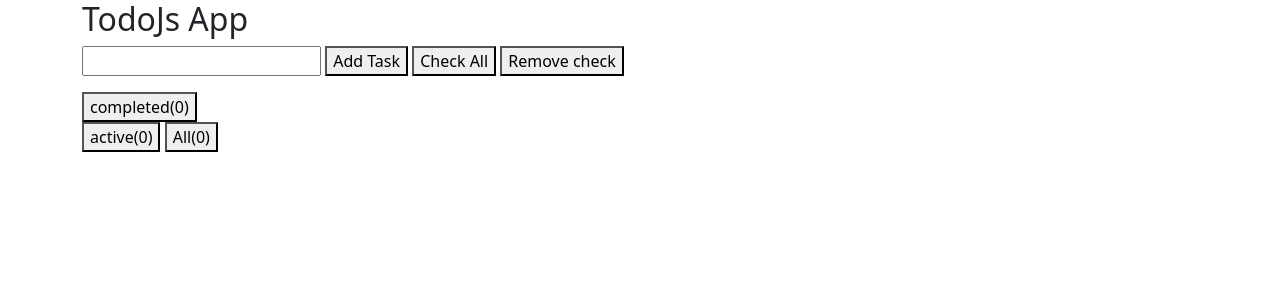
Repository: VladimirKasyanov/Todo
Page: index.html
These files come from the project's save history. The page is drawn as it stood at one moment and after the next save; the edit follows.
The browser window is 1280 px wide. The pictures show the whole page.

Above is the page before, as saved 2024-05-31 11:21:57.

### index.html
<!DOCTYPE html>
<html lang="en">
  <head>
    <meta charset="utf-8" />
    <meta name="viewport" content="width=device-width, initial-scale=1" />
   <link rel="stylesheet" href="styles.css">
    <link
      href="https://cdn.jsdelivr.net/npm/bootstrap@5.3.3/dist/css/bootstrap.min.css"
      rel="stylesheet"
      integrity="sha384-QWTKZyjpPEjISv5WaRU9OFeRpok6YctnYmDr5pNlyT2bRjXh0JMhjY6hW+ALEwIH"
      crossorigin="anonymous"
    />
    <title>TodoJs App</title>
  </head>
  <body>
    <div class="container">
      <h2>TodoJs App</h2>
      <form>
        <input type="text" class="input__box" />
        <button type="button" class="add">Add Task</button>
        <button type="button" onclick="checkAll()" class="check-all">
          Check All
        </button>
        <button type="button" onclick="removeCheck()" class="remove-check">
          Remove check
        </button>
      </form>
      <div class="todo__li">
        <ul class="list"></ul>
        <div class="all-button" >
          <button class="completed" href = '#cmp'>completed<span id="completed-counter">(0)</button>
          <button class="inc" href = '#inc'>active<span id="incomplete-counter">(0)</span></button>
          <button class="all" href ="#all" type="focus" >All<span id="total-counter">(0)</span></button>
        <div>
      </div>
    </div>
    <script
      src="https://cdn.jsdelivr.net/npm/bootstrap@5.3.3/dist/js/bootstrap.bundle.min.js"
      integrity="sha384-YvpcrYf0tY3lHB60NNkmXc5s9fDVZLESaAA55NDzOxhy9GkcIdslK1eN7N6jIeHz"
      crossorigin="anonymous"
    ></script>
    <script src="todo.js"></script>
  </body>
</html>

### styles.css
.completed {
display: block;
}

### todo.js
const form = document.querySelector("form");
const inputBox = document.querySelector(".input__box");
const addButton = document.querySelector(".add");
const list = document.querySelector(".list");
const label = document.querySelector(".span");
const newInput = document.querySelector(".new-input");
const totalCounter = document.getElementById("total-counter");
const completedCounter = document.getElementById("completed-counter");
const incompleteCounter = document.getElementById("incomplete-counter");


const keyEnter = "Enter"
const keyEscape = "Escape"


let todoList = [];
let condition = "all"
// let completedCount = 0;
// let incompleteCount = 0;

const task = (event) => {
  event.preventDefault();
  const inputText = inputBox.value.trim()
  if (inputText === "" || inputText === null) return;
  let newTodo = {
    description: inputBox.value,
    checked: false,
    id: Date.now(),
  };

  todoList.push(newTodo);
  console.log(todoList);
  displayList(todoList);
  inputBox.value = "";

};



const displayList = () => {

  list.innerHTML = "";
  todoList.forEach((item) => {
    list.innerHTML += `
<li id ='${item.id}'>
<input class = 'check' type='checkBox' id='${item.id}' ${
      item.checked ? "checked" : ""
    }>
<span class='some-text'>${item.description}</span>
  <input class='new-input' type= 'text' value='${item.description.replace(/\s+/g, '')}' hidden></input>
<button type='delete' class='del' id='${item.id}' >x</button>
</li>

`;

});
updateCounters();

// document.getElementById("total-counter").textContent.todoList.length
};

// const counter = () => {
//     console.log(todoList.length)

//   displayList(todoList)
// }

const toggleTodo = (event) => {
  // todoList[index].checked = !todoList[index].checked;
  if(event.target.type == 'checkbox') {
    const todoId = event.target.id;
    todoList.forEach((item) => {
      if (item.id === Number(todoId)) {
        item.checked = !item.checked;
      }
    })
  }
   updateCounters();
  // displayList(todoList);
};




const checkAll = () => {
  todoList.forEach((todo) => {
    todo.checked = !todo.checked;
  });
  displayList();
};


// const filterTodo = () => {
//   switch (condition) {
//     case 'active':
//     return todoList.filter((todo) => !todo.isChecked);
// }
// }

const updateCounters = () => {
  const completedCount = todoList.filter((item) => item.checked).length;
  const incompleteCount = todoList.length - completedCount;

  completedCounter.innerText = completedCount;
  incompleteCounter.innerText = incompleteCount;
  totalCounter.innerText = todoList.length;
};

const completedTab = () => {
  const completedCount = todoList.filter((item) => item.checked)

}



const removeCheck = () => {
  todoList = todoList.filter((todo) => !todo.checked);
  displayList(todoList);
};

function removeOnce(event) {
  const todoId = Number(event.target.parentElement.id);
  if (event.target.classList.contains("del")) {
    todoList = todoList.filter((todo) => todo.id !== todoId);
    displayList(todoList);
  }
}


const editNew = (elementId) => {
  const theElement = document.getElementById(elementId)
  const newText = theElement.children[2].value;
    if (newText === "" || newText === null) return
  // let todoText = event.target.parentNode.children[2].value;

  // console.log(todoList)

  todoList.forEach((item) => {
    if (item.id === Number(elementId)) {
        item.description = newText.trim()
    }

  })
  displayList(todoList);

  //  if (event.sourceCapabilities !== null) {
  //   if (todoText.trim() === '') {
  //   }
  //   displayList(todoList);
  // }
}

const addButtonEnter = (event) => {
    if (event.key === keyEnter) {
       task(event);
  }
};

const changeDescription = (event) => {
  if (event.target.classList.contains("some-text")) {
    const {children} = event.target.parentNode
    children[1].hidden = true
    children[2].hidden = false
    children[2].focus()
  }
};

const changeDescriptionFinish = (event) => {
    if (event.target.classList.contains("new-input")) {
      // console.log(event)

      if (event.key === keyEnter){
        const todoId = Number(event.target.parentElement.id);
        console.log(todoId)
        // todoList.forEach((todo) => todo.id !== todoId);
        editNew(todoId);


      }
      if (event.key === keyEscape) {
        displayList(todoList)
      }
    }
  }


  // list.addEventListener("blur",changeDescriptionFinish)
  list.addEventListener("dblclick", changeDescription);
  list.addEventListener("click", removeOnce);
  list.addEventListener("click", toggleTodo);
  addButton.addEventListener("click", task);
  // console.log(typeof(li))
  list.addEventListener('keyup', changeDescriptionFinish);
  inputBox.addEventListener('keydown', addButtonEnter);
  // list.addEventListener('click', refillCounter)


// const changeDescription = (event) => {
//   const todoId = event.target.parentElement.id;
//   const todo = todoList.find((todo) => todo.id == todoId);

//   if (event.target.classList.contains("label")) {
//     const input = document.createElement("input");
//     input.type = "text";
//     input.value = todo.description;

//     input.addEventListener("blur", () => {
//       todo.description = input.value;
//       displayList(todoList);
//     });

//     event.target.replaceWith(input);
//     input.focus();
//   }
// };
// let itemId = event.target.id
// let index = todoList.findIndex((element) => element.id === itemId);
// delOnce.addEventListener("click", delOnce)
// for.forEach
// const removeOnce = (event) => {
//     delOnce.addEventListener("click", removeOnce);
//         let delOnce = todoList.findIndex((element) => element.id === event.target.id);
//             if (index !== -1) {
//                 todoList.splice(index, 1);

//             };
//             displayList(todoList);
//         };





          // todoList = todoList.filter((todo) => );
    // todoList.removeChild("li");
// checkAllButton.addEventListener("click", checkAll);
// removeComplete.addEventListener("click", removeAll);
// replace(/\s+/g, '') // space delete

// const changeDescriptionFinish = (event) => {
//   if (event.target.classList.contains("new-input")) {
//     const updatedDescription = event.target.value;
//     const todoId = Number(event.target.parentNode.id);
//     const todoIndex = todoList.findIndex((todo) => todo.id === todoId);

//     if (event.key === 'Enter') {
//       todoList[todoIndex].description = updatedDescription;
//       displayList(todoList);
//     } else if (event.key === 'Escape') {
//       event.target.value = todoList[todoIndex].description;
//     }
//   }
// };
// inputBox.addEventListener("keydown", (event) => {
//   if (event.key === "Enter") {
//     task(event);
//   }
// });

// const displayList = () => {
//   list.innerHTML = "";

//   todoList.forEach((item) => {
//     list.innerHTML += `
//       <li id='${item.id}'>
//         <input class='check' type='checkbox' id='${item.id}' ${
//       item.checked ? "checked" : ""
//     }>
//         <span class='some-text'>${item.description}</span>
//         <input class='new-input' type='text' hidden></input>
//         <button type='delete' class='del' id='${item.id}'>x</button>
//       </li>
//     `;

//     if (item.checked) {
//       completedCount++;
//     } else {
//       incompleteCount++;
//     }
//   });
//   document.getElementById("completed-counter").textContent = completedCount;
//   document.getElementById("incomplete-counter").textContent = incompleteCount;
//   document.getElementById("total-counter").textContent = todoList.length;
// };

// function editTask(event) {
//   if (event.target.classList.contains("some-text")) {
//     const { children } = event.target.parentNode;
//     children[1].hidden = true;
//     const editInput = children[2];
//     editInput.value = event.target.textContent;
//     editInput.hidden = false;
//     editInput.focus();
//   }
// }

// function finishEdit(event) {
//   if (event.target.classList.contains("new-input")) {
//     const todoId = Number(event.target.parentElement.id);
//     const editedTask = event.target.value.trim();
//     if (event.key === keyEnter && editedTask !== "") {
//       todoList = todoList.map((todo) =>
//         todo.id === todoId ? { ...todo, description: editedTask } : todo
//       );
//       displayList();
//     }
//     if (event.key === keyEscape) {
//       displayList();
//     }
//   }
// }


// const updateCounter =  () =>  {
//   // const counter = todoList.filter((item) => !item.check).length

//   // const unCount = todoList.filter((item) =>)
//   const completedCount = document.getElementById("completed-counter");
//   const incompleteCount = document.getElementById("incomplete-counter");
//   // const allButton = document.getElementById("total-counter")
//   incompleteCount.textContent = incompleteCount
//   // allButton = document.getElementById("total-counter")
//   allButton.textContent = ` (${todoList.length}) `
//   // (${todoList.length});
// displayList(todoList);
// };

After the next save:
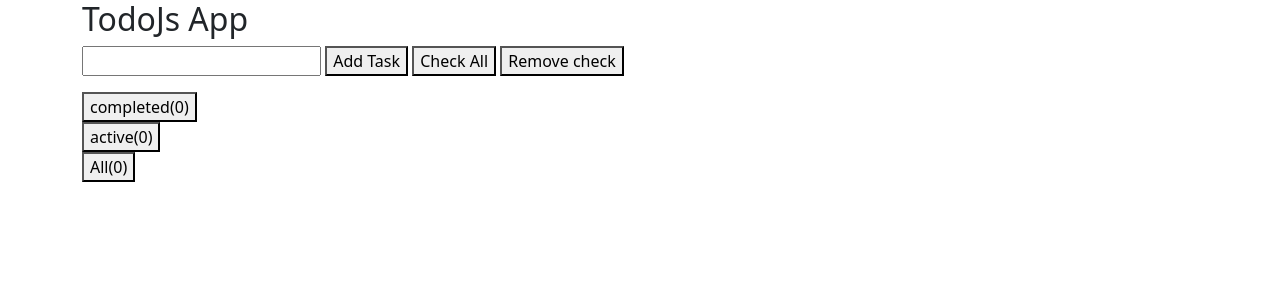
Saved 30 s later.
--- a/styles.css
+++ b/styles.css
@@ -1,3 +1,6 @@
 .completed {
 display: block;
 }
+.inc {
+    display: block;
+}
